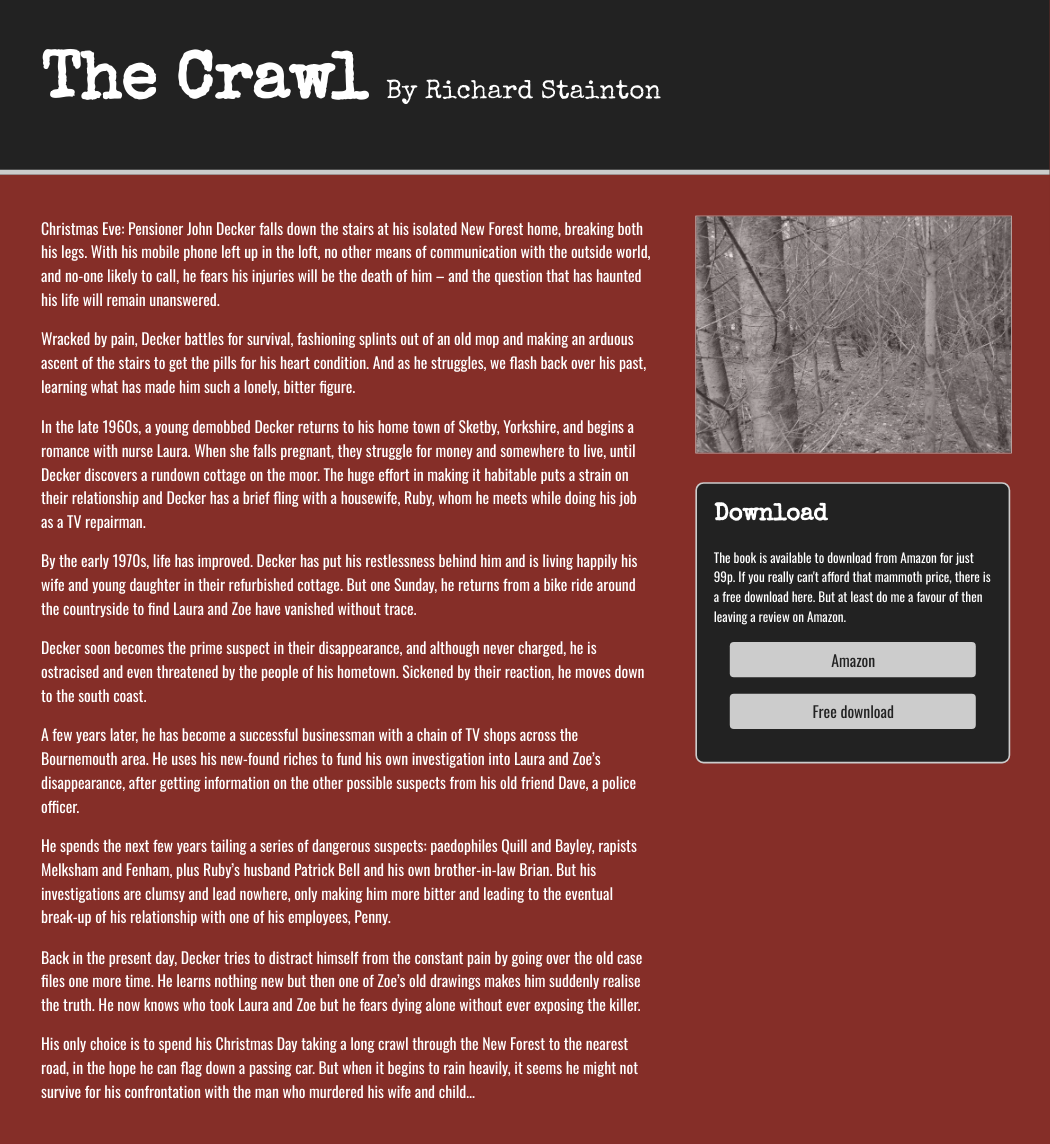
Repository: Domehead123/crawl
Page: index.html
The author's editor kept a record of every edit. The page is drawn from the files as they stood at one moment, then again after the next edit.
The browser window is 1280 px wide. The pictures show the whole page, at 82% of full size.

Above is the page before.

After the next edit:
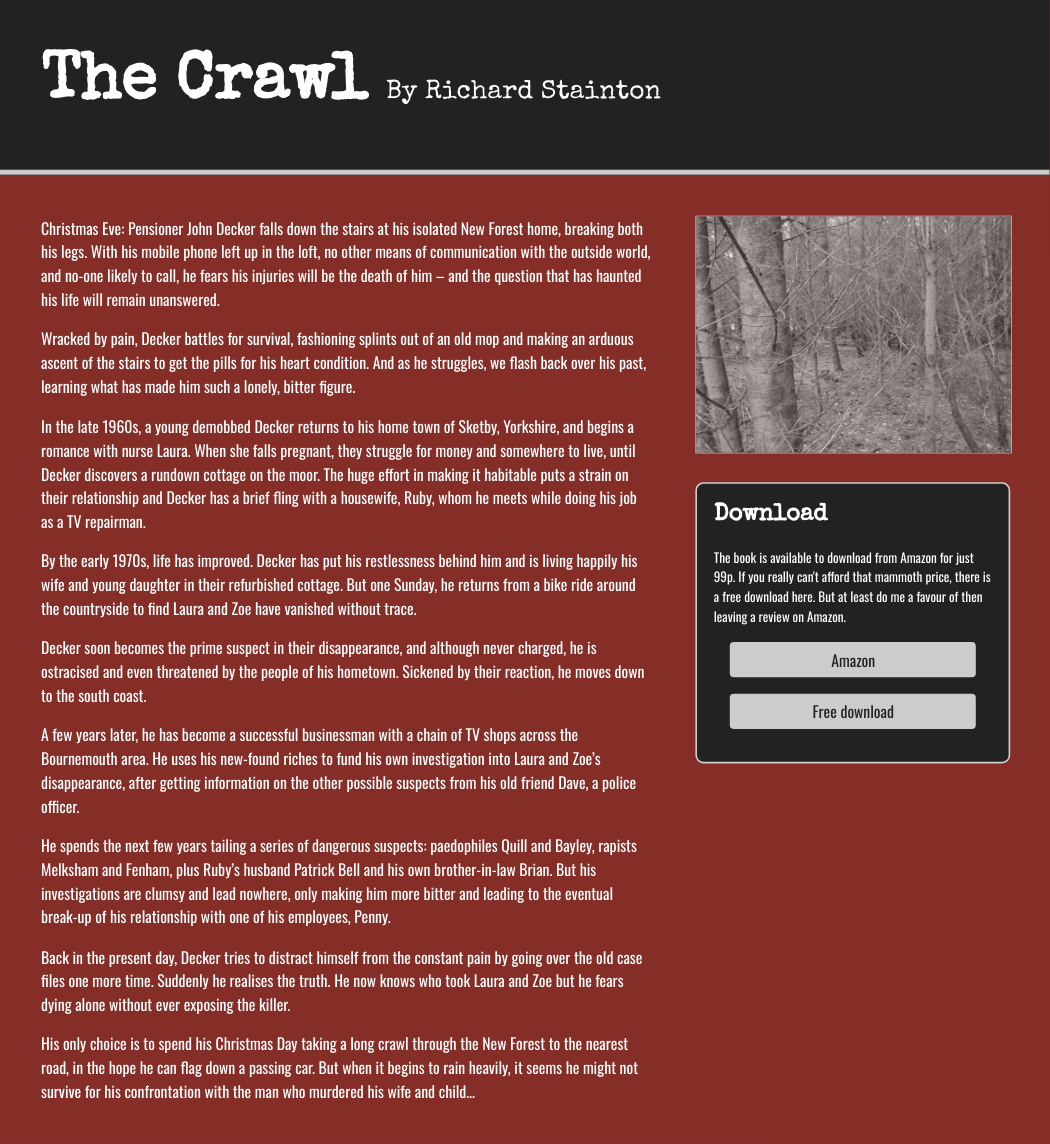
The edit:
--- a/index.html
+++ b/index.html
@@ -21,7 +21,7 @@
 <p>Decker soon becomes the prime suspect in their disappearance, and although never charged, he is ostracised and even threatened by the people of his hometown. Sickened by their reaction, he moves down to the south coast.</p>
 <p>A few years later, he has become a successful businessman with a chain of TV shops across the Bournemouth area. He uses his new-found riches to fund his own investigation into Laura and Zoe’s disappearance, after getting information on the other possible suspects from his old friend Dave, a police officer.</p>
 <p>He spends the next few years tailing a series of dangerous suspects: paedophiles Quill and Bayley, rapists Melksham and Fenham, plus Ruby’s husband Patrick Bell and his own brother-in-law Brian. But his investigations are clumsy and lead nowhere, only making him more bitter and leading to the eventual break-up of his relationship with one of his employees, Penny.</p>
-<p>Back in the present day, Decker tries to distract himself from the constant pain by going over the old case files one more time. He learns nothing new but then one of Zoe’s old drawings makes him suddenly realise the truth. He now knows who took Laura and Zoe but he fears dying alone without ever exposing the killer.</p>
+<p>Back in the present day, Decker tries to distract himself from the constant pain by going over the old case files one more time. Suddenly he realises the truth. He now knows who took Laura and Zoe but he fears dying alone without ever exposing the killer.</p>
 <p>His only choice is to spend his Christmas Day taking a long crawl through the New Forest to the nearest road, in the hope he can flag down a passing car. But when it begins to rain heavily, it seems he might not survive for his confrontation with the man who murdered his wife and child…</p>
     </main>
     <side>
